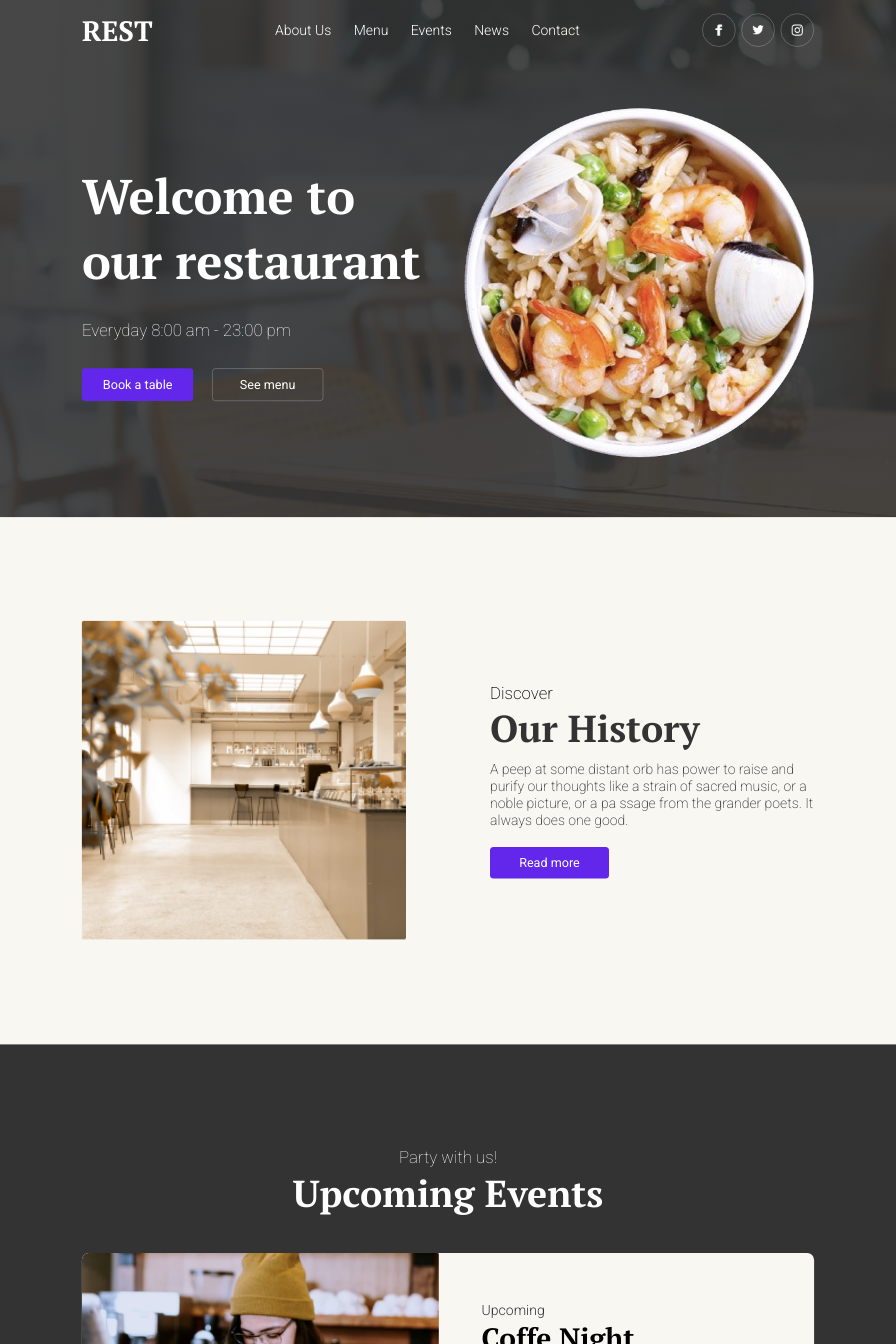
Repository: murilopellis-12/Tailwind-Prova
Page: index.html
The author's editor kept a copy of each file at every save. The page is drawn from the files as they stood at one save, then again after the next save.
The browser window is 1280 px wide. The pictures show the part of the page from y = 0 to 1920 px (the page is 5662 px tall), at 70% of full size.

Above is the page before, as saved 2026-10-29 15:28:27.

### index.html
<!DOCTYPE html>
<html lang="pt-BR">
 <head>
  <meta charset="utf-8"/>
  <meta content="width=device-width, initial-scale=1.0" name="viewport"/>
  <title>
   PROVA FRONT-END
  </title>
  <script src="https://cdn.jsdelivr.net/npm/@tailwindcss/browser@4">
  </script>
  <style type="text/tailwindcss">
   @theme {
  --font-serif: "PT Serif";
  --font-roboto: "Roboto";
}
:root {
  /*Espaçamento*/
  --espaco-pequeno: clamp(
    1.5rem,
    calc(-2.725rem + 11.268vw),
    13.5rem
  ); /* min: 15px, max: 135px */
  --padding-topo: clamp(8rem, calc(5.183rem + 7.512vw), 16rem);

  /*Cores*/
  --cor-primaria: #333;
  --cor-secundaria: #f9f7f2;
  --cor-terciaria: #fff;
  --complementar-roxo: #6327eb;
  --borda-menu: rgba(255, 255, 255, 0.3);
  --paragrafos-claros: rgba(51, 51, 51, 0.5);
  --borda-formulario: #dadada;

}
@layer base {
  html { font-size: 62.5%; line-height: normal; }
  body { font-family: "Times New Roman"; }
}
  </style>
  <link href="https://fonts.googleapis.com" rel="preconnect"/>
  <link crossorigin="" href="https://fonts.gstatic.com" rel="preconnect"/>
  <link href="https://fonts.googleapis.com/css2?family=PT+Serif:wght@400;700&amp;family=Roboto:wght@100..900&amp;display=swap" rel="stylesheet"/>
 </head>
 <body>
  <header class="header-principal [background-image:linear-gradient(rgba(51,51,51,0.9),rgba(51,51,51,0.9)),url(img/imagem-fundo.png)] bg-cover bg-center w-full h-auto p-[1.6rem_var(--espaco-pequeno)_clamp(5rem,_calc(3.592rem_+_3.756vw),_9rem)_var(--espaco-pequeno)] flex flex-col gap-[clamp(4.3rem,_calc(2.645rem_+_4.413vw),_9rem)]">
   <div class="conteudo-header flex justify-between w-full items-center">
    <div>
     <a aria-label="redireciona para o início" class="text-[4rem] font-serif no-underline text-[var(--cor-terciaria)] font-bold list-none" href="#" id="ancora-header">
      REST
     </a>
    </div>
    <div class="menu-hamburguer-div min-[1024px]:hidden">
     <button class="font-roboto text-[var(--cor-terciaria)] font-normal rounded-[50%] w-[4.8rem] h-[4.8rem] [border:1px_solid_var(--borda-menu)] bg-transparent text-[13.3333px]" id="botao-menu-hamburguer">
      <img alt="menu hamburguer do header" class="inline align-baseline max-w-none" src="img/menu-hamburguer.png"/>
     </button>
    </div>
    <nav class="navegacao-header-desktop hidden min-[1024px]:flex">
     <ul class="flex flex-row gap-[3.2rem] justify-evenly">
      <li class="list-none text-[2rem] font-roboto font-light text-[var(--cor-terciaria)] no-underline">
       <a aria-label="abre Sobre" class="list-none text-[2rem] font-roboto font-light text-[var(--cor-terciaria)] no-underline" href="">
        About Us
       </a>
      </li>
      <li class="list-none text-[2rem] font-roboto font-light text-[var(--cor-terciaria)] no-underline">
       <a aria-label="abre Menu" class="list-none text-[2rem] font-roboto font-light text-[var(--cor-terciaria)] no-underline" href="">
        Menu
       </a>
      </li>
      <li class="list-none text-[2rem] font-roboto font-light text-[var(--cor-terciaria)] no-underline">
       <a aria-label="abre Eventos" class="list-none text-[2rem] font-roboto font-light text-[var(--cor-terciaria)] no-underline" href="">
        Events
       </a>
      </li>
      <li class="list-none text-[2rem] font-roboto font-light text-[var(--cor-terciaria)] no-underline">
       <a aria-label="abre Notícias" class="list-none text-[2rem] font-roboto font-light text-[var(--cor-terciaria)] no-underline" href="">
        News
       </a>
      </li>
      <li class="list-none text-[2rem] font-roboto font-light text-[var(--cor-terciaria)] no-underline">
       <a aria-label="abre contatos" class="list-none text-[2rem] font-roboto font-light text-[var(--cor-terciaria)] no-underline" href="">
        Contact
       </a>
      </li>
     </ul>
    </nav>
    <div class="desktop-div-redes-sociais hidden min-[1024px]:flex">
     <nav class="navegacao-redes-sociais-header flex gap-[0.8rem]">
      <a aria-label="abre Facebook" class="circulos-navegacao list-none text-[2rem] font-roboto font-light text-[var(--cor-terciaria)] no-underline w-[4.8rem] h-[4.8rem] rounded-[50%] [border:1px_solid_var(--borda-menu)] flex justify-center items-center" href="">
       <img alt="logo do Facebook" class="inline align-baseline max-w-none" src="img/facebook.png"/>
      </a>
      <a aria-label="abre Twitter" class="circulos-navegacao list-none text-[2rem] font-roboto font-light text-[var(--cor-terciaria)] no-underline w-[4.8rem] h-[4.8rem] rounded-[50%] [border:1px_solid_var(--borda-menu)] flex justify-center items-center" href="">
       <img alt="logo do Twitter" class="logo-twitter-ancora inline align-baseline max-w-none" src="img/twitter.png"/>
      </a>
      <a aria-label="abre Instagram" class="circulos-navegacao list-none text-[2rem] font-roboto font-light text-[var(--cor-terciaria)] no-underline w-[4.8rem] h-[4.8rem] rounded-[50%] [border:1px_solid_var(--borda-menu)] flex justify-center items-center" href="">
       <img alt="logo do Instagram" class="inline align-baseline max-w-none" src="img/instagram.png"/>
      </a>
     </nav>
    </div>
   </div>
   <div class="div-agrupar-conteudo-hero flex flex-col gap-[clamp(3.6rem,_calc(1.982rem_+_4.314vw),_6.4rem)] min-[1024px]:grid min-[1024px]:gap-[4rem] min-[1024px]:grid-cols-2">
    <div class="conteudo-hero h-auto flex flex-col justify-center gap-[4rem] min-[520px]:items-center min-[1024px]:[align-items:start]">
     <h1 class="text-[clamp(_5.6rem,_calc(5.037rem_+_1.502vw),_7.2rem_)] text-[var(--cor-terciaria)] font-bold font-serif min-[520px]:text-center min-[1024px]:text-start min-[1640px]:text-[clamp(_7.2rem,_calc(1.8rem_+_3.75vw),_9rem_)]" id="h1-pagina-principal">
      Welcome to our restaurant
     </h1>
     <p class="font-roboto text-[2.4rem] font-thin text-[var(--cor-terciaria)]" id="horario-funcionamento-hero">
      Everyday 8:00 am - 23:00 pm
     </p>
     <div class="botoes-hero grid grid-cols-2 gap-[clamp(0.6rem,_calc(-0.245rem_+_2.254vw),_3rem)] h-auto w-full max-w-[345px]">
      <button aria-label="abre a reserva de mesa" class="botoes-hero-class font-roboto text-[var(--cor-terciaria)] font-normal rounded-[5px] p-[1.2rem_0] text-[1.8rem] max-w-[170px] border-0 bg-[var(--complementar-roxo)]" id="botao-livro-mesa">
       Book a table
      </button>
      <button aria-label="abre o menu" class="botoes-hero-class font-roboto text-[var(--cor-terciaria)] font-normal rounded-[5px] p-[1.2rem_0] text-[1.8rem] max-w-[170px] [border:1px_solid_var(--borda-menu)] bg-transparent" id="botao-ver-menu">
       See menu
      </button>
     </div>
    </div>
    <div class="div-imagem-hero w-auto h-auto flex justify-center">
     <img alt="imagem de uma sopa" class="inline align-baseline max-w-[570px] w-full h-auto min-[1024px]:max-w-[640px]" id="imagem-sopa-hero" src="img/sopa.png"/>
    </div>
   </div>
  </header>
  <main>
   <section class="secao-nossa-historia p-[clamp(8rem,_calc(5.183rem_+_7.512vw),_16rem)_var(--espaco-pequeno)] bg-[var(--cor-secundaria)]">
    <div class="conteudo-nossa-historia flex flex-col gap-[clamp(_6.3rem,_calc(3.941rem_+_6.291vw),_13rem_)] min-[1024px]:flex-row">
     <div class="div-imagem-nossa-historia min-[1024px]:w-1/2">
      <img alt="imagem de uma cozinha" class="inline align-baseline max-w-none w-full h-auto p-[0_3rem] object-cover min-[1024px]:p-[0]" src="img/nossa-historia-imagem.png"/>
     </div>
     <div class="nossa-historia-texto flex flex-col justify-center min-[1024px]:w-1/2">
      <p class="categorias-site font-roboto text-[2.4rem] font-[250]" id="categoria-descobrir">
       Discover
      </p>
      <h2 class="text-[clamp(_4rem,_calc(3.437rem_+_1.502vw),_5.6rem_)] font-serif font-bold text-[var(--cor-primaria)] m-[0_0_1.2rem_0] min-[1640px]:text-[clamp(_5.6rem,_calc(1.4rem_+_2.917vw),_7rem_)]" id="nossa-historia-h2">
       Our History
      </h2>
      <p class="paragrafos-site font-roboto text-[2rem] text-[var(--cor-primaria)] font-[250] min-[1640px]:text-[2.5rem]">
       A peep at some distant orb has power to raise and purify our
              thoughts like a strain of sacred music, or a noble picture, or a
              pa ssage from the grander poets. It always does one good.
      </p>
      <div class="div-botao-ler-mais w-1/2">
       <button aria-label="abre o Ler Mais" class="font-roboto text-[var(--cor-terciaria)] font-normal rounded-[5px] w-full max-w-[170px] p-[1.2rem_0] border-0 bg-[var(--complementar-roxo)] text-[1.8rem] mt-[clamp(_2.3rem,_calc(2.159rem_+_0.376vw),_2.7rem_)]" id="botao-ler-mais-historia">
        Read more
       </button>
      </div>
     </div>
    </div>
   </section>
   <section class="secao-eventos-futuros bg-[var(--cor-primaria)] p-[var(--padding-topo)_var(--espaco-pequeno)] flex flex-col gap-[clamp(_3.9rem,_calc(3.407rem_+_1.315vw),_5.3rem_)] items-center">
    <div class="titulos-secao-eventos-futuros">
     <p class="font-roboto text-[2.4rem] text-[var(--cor-terciaria)] font-thin text-center" id="paragrafo-titulo-eventos-futuros">
      Party with us!
     </p>
     <h2 class="text-[clamp(_4rem,_calc(3.437rem_+_1.502vw),_5.6rem_)] font-serif font-bold text-[var(--cor-terciaria)] min-[1640px]:text-[clamp(_5.6rem,_calc(1.4rem_+_2.917vw),_7rem_)]" id="h2-titulo-eventos-futuros">
      Upcoming Events
     </h2>
    </div>
    <div class="forma-eventos-futuros w-full h-auto rounded-[10px] bg-[var(--cor-secundaria)] min-[1024px]:grid min-[1024px]:grid-cols-[48.8%_41.2%_10%]">
     <div class="imagem-evento-futuro">
      <img alt="mulher fazendo café em uma máquina" class="inline align-baseline max-w-none w-full h-full object-cover m-0 min-[1024px]:[border-top-left-radius:10px] min-[1024px]:[border-bottom-left-radius:10px]" id="imagem-mulher-fazendo-cafe" src="img/mulher-fazendo-cafe.png"/>
     </div>
     <div class="conteudo-escrito-eventos p-[clamp(3.8rem,_calc(2.568rem_+_3.286vw),_7.3rem)_clamp(3rem,_calc(1.732rem_+_3.38vw),_6.6rem)_clamp(4.8rem,_calc(3.11rem_+_4.507vw),_9.6rem)_clamp(3rem,_calc(1.732rem_+_3.38vw),_6.6rem)] flex flex-col min-[1024px]:p-[2.8rem_4rem_3.5rem_clamp(3rem,_calc(1.732rem_+_3.38vw),_6.6rem)] min-[1024px]:justify-center">
      <p class="categorias-site font-roboto text-[2rem] font-light text-[var(--cor-primaria)]" id="categoria-futuro">
       Upcoming
      </p>
      <h3 id="h3-upcoming-events" class="text-[4rem] font-serif font-bold min-[1640px]:text-[5rem]">
       Coffe Night
      </h3>
      <p id="id-data-upcoming-events" class="font-roboto text-[1.4rem] font-normal text-[var(--paragrafos-claros)] m-[0.6rem_0_1.8rem_0]" id="data-eventos-futuros">
       25 september, 2019
      </p>
      <p class="paragrafos-site font-roboto text-[2rem] text-[var(--cor-primaria)] font-[250] min-[1640px]:text-[2.5rem]">
       Apparently we had reached a great height in the atmosphere, for
              the sky was a dead black, and the stars had ceased to twinkle.
      </p>
      <div class="div-botao-ler-mais w-1/2">
       <button aria-label="redireciona a reserva de mesa" class="font-roboto text-[var(--cor-terciaria)] font-normal rounded-[5px] w-full max-w-[170px] p-[1.2rem_0] border-0 bg-[var(--complementar-roxo)] text-[1.8rem] mt-[clamp(2.3rem,_calc(2.159rem_+_0.376vw),_2.7rem)]" id="botao-reservar-mesa">
        Book a table
       </button>
      </div>
     </div>
     <div class="proxima-pagina hidden justify-center items-center min-[1024px]:flex">
      <button class="font-roboto text-[var(--cor-terciaria)] font-normal rounded-[50%] w-[4.8rem] h-[4.8rem] [border:1px_solid_rgba(51,_51,_51,_0.3)] bg-transparent flex justify-center items-center text-[13.3333px]" id="seta-proxima-pagina">
       <img alt="ícone de flecha que guia para outra página" class="inline align-baseline max-w-none" src="img/flecha-proxima.png"/>
      </button>
     </div>
    </div>
   </section>
   <section class="secao-galeria-fotos bg-[var(--cor-secundaria)] p-[var(--padding-topo)_var(--espaco-pequeno)] flex flex-col gap-[clamp(3.9rem,_calc(3.407rem_+_1.315vw),_5.3rem)] items-center h-auto">
    <div class="titulos-secao-galeria-fotos">
     <p class="font-roboto text-[2.4rem] text-[var(--cor-primaria)] font-thin text-center" id="paragrafo-titulo-galeria">
      Gallery
     </p>
     <h2 class="text-[clamp(_4rem,_calc(3.437rem_+_1.502vw),_5.6rem_)] font-serif font-bold text-[var(--cor-primaria)] min-[1640px]:text-[clamp(_5.6rem,_calc(1.4rem_+_2.917vw),_7rem_)]" id="h2-titulo-galeria">
      Our Interior
     </h2>
    </div>
    <div class="imagens-galeria grid grid-cols-1 gap-[clamp(1.7rem,_calc(1.242rem_+_1.221vw),_3rem)] min-[520px]:grid-cols-2 min-[1200px]:grid-cols-3 min-[1200px]:w-full">
     <img alt="prato com temperos e salmão" class="imagens-da-galeria inline align-baseline max-w-full rounded-[5px] object-cover min-[1200px]:w-full" src="img/galeria/salmao.png"/>
     <img alt="pratos preparados com diversos alimentos" class="imagens-da-galeria inline align-baseline max-w-full rounded-[5px] object-cover min-[1200px]:w-full" src="img/galeria/pratos.png"/>
     <img alt="mesas preparadas com diversas cadeiras" class="imagens-da-galeria inline align-baseline max-w-full rounded-[5px] object-cover min-[1200px]:w-full" src="img/galeria/mesas-cadeiras.png"/>
     <img alt="uma unidade de mesa com lugar para 4 pessoas" class="imagens-da-galeria inline align-baseline max-w-full rounded-[5px] object-cover min-[1200px]:w-full" src="img/galeria/mesa-individual.png"/>
     <img alt="mesas e cadeiras sendo organizados por uma garçom" class="imagens-da-galeria inline align-baseline max-w-full rounded-[5px] object-cover min-[1200px]:w-full" src="img/galeria/mesa-com-garcom.png"/>
     <img alt="mesa com talheres e guardanapos postos e preparados" class="imagens-da-galeria inline align-baseline max-w-full rounded-[5px] object-cover min-[1200px]:w-full" src="img/galeria/mesa-preparada.png"/>
    </div>
   </section>
   <section class="secao-sobre-nos p-[clamp(4rem,_calc(2.877rem_+_3.002vw),_7.2rem)_var(--espaco-pequeno)_clamp(7.3rem,_calc(3.673rem_+_9.671vw),_17.6rem)_var(--espaco-pequeno)] bg-[var(--cor-primaria)] flex flex-col gap-[7rem]">
    <div class="titulos-secao-sobre-nos flex flex-col items-center">
     <p class="categorias-site font-roboto text-[2.4rem] font-[250] text-[var(--cor-terciaria)]" id="paragrafo-titulo-sobre-nos">
      Press
     </p>
     <h2 class="text-[clamp(_4rem,_calc(3.437rem_+_1.502vw),_5.6rem_)] font-serif font-bold text-[var(--cor-terciaria)] min-[1640px]:text-[clamp(_5.6rem,_calc(1.4rem_+_2.917vw),_7rem_)]" id="h2-titulo-sobre-nos">
      About Us
     </h2>
    </div>
    <div class="cartoes-conjunto w-full grid grid-cols-1 h-auto min-[770px]:grid-cols-2 min-[770px]:gap-[3rem] min-[1200px]:grid-cols-3">
     <div class="cartoes-autoras rounded-[5px] p-[clamp(4.9rem,_calc(4.654rem_+_0.657vw),_5.6rem)_clamp(3.5rem,_calc(3.042rem_+_1.221vw),_4.8rem)_5.7rem_clamp(3rem,_calc(2.366rem_+_1.69vw),_4.8rem)] bg-[var(--cor-terciaria)] flex flex-col gap-[3rem] max-w-full min-[1400px]:max-h-[468px]" id="autora-york-times">
      <img alt="logo do The New York Times" class="logo-titulo inline align-baseline max-w-full" src="img/the-new-york-logo.png"/>
      <p class="citacao-autora font-roboto text-[2rem] text-[var(--cor-primaria)] font-light leading-[32px] min-[1640px]:text-[2.5rem]">
       "Apparently we had reached a great height in the atmosphere, for
              the sky was a dead black, and the stars had ceased to twinkle. By
              the same illusion which lifts the horizon of the sea to the
              level."
      </p>
      <p class="nome-autora-rodape font-serif text-[2.4rem] text-[var(--cor-primaria)] font-bold">
       The New York Times
      </p>
     </div>
     <div class="cartoes-autoras rounded-[5px] p-[clamp(4.9rem,_calc(4.654rem_+_0.657vw),_5.6rem)_clamp(3.5rem,_calc(3.042rem_+_1.221vw),_4.8rem)_5.7rem_clamp(3rem,_calc(2.366rem_+_1.69vw),_4.8rem)] bg-[var(--cor-terciaria)] hidden flex-col gap-[3rem] max-w-full min-[770px]:flex min-[1400px]:max-h-[468px]" id="autora-the-guardian">
      <img alt="logo do The Guardian" class="logo-titulo inline align-baseline max-w-full" src="img/the-guardian-logo.png"/>
      <p class="citacao-autora font-roboto text-[2rem] text-[var(--cor-primaria)] font-light leading-[32px] min-[1640px]:text-[2.5rem]">
       "Apparently we had reached a great height in the atmosphere, for
              the sky was a dead black, and the stars had ceased to twinkle. By
              the same illusion which lifts the horizon of the sea to the
              level."
      </p>
      <p class="nome-autora-rodape font-serif text-[2.4rem] text-[var(--cor-primaria)] font-bold">
       The Guardian
      </p>
     </div>
     <div class="cartoes-autoras rounded-[5px] p-[clamp(4.9rem,_calc(4.654rem_+_0.657vw),_5.6rem)_clamp(3.5rem,_calc(3.042rem_+_1.221vw),_4.8rem)_5.7rem_clamp(3rem,_calc(2.366rem_+_1.69vw),_4.8rem)] bg-[var(--cor-terciaria)] hidden flex-col gap-[3rem] max-w-full min-[1200px]:flex min-[1400px]:max-h-[468px]" id="autora-wall-street">
      <img alt="logo do Wall Street Jornal" class="logo-titulo inline align-baseline max-w-full" src="img/wall-street-jornal-logo.png"/>
      <p class="citacao-autora font-roboto text-[2rem] text-[var(--cor-primaria)] font-light leading-[32px] min-[1640px]:text-[2.5rem]">
       "Apparently we had reached a great height in the atmosphere, for
              the sky was a dead black, and the stars had ceased to twinkle. By
              the same illusion which lifts the horizon of the sea to the
              level."
      </p>
      <p class="nome-autora-rodape font-serif text-[2.4rem] text-[var(--cor-primaria)] font-bold">
       The Wall Street Jornal
      </p>
     </div>
    </div>
   </section>
   <section class="secao-reservar-mesa p-[var(--padding-topo)_var(--espaco-pequeno)] bg-[var(--cor-terciaria)] flex flex-col gap-[clamp(_6.2rem,_calc(5.038rem_+_3.099vw),_9.5rem_)] min-[1024px]:grid min-[1024px]:grid-cols-[0.95fr_1.1fr]">
    <div class="area-reserva-mesa flex flex-col justify-center">
     <div>
      <p class="categorias-site font-roboto text-[2.4rem] font-[250]" id="paragrafo-titulo-reserva">
       Reserve
      </p>
      <h2 class="text-[clamp(_4rem,_calc(3.437rem_+_1.502vw),_5.6rem_)] font-serif font-bold text-[var(--cor-primaria)] min-[1640px]:text-[clamp(_5.6rem,_calc(1.4rem_+_2.917vw),_7rem_)]" id="h2-titulo-reserva-mesa">
       A Table
      </h2>
     </div>
     <form action="#" class="formulario-reserva-mesa flex flex-col">
      <div class="campos-preencher-formulario-reserva flex flex-col gap-[1.4rem] mt-[4.1rem]" id="formulario-campo-data">
       <label class="text-[1.2rem] text-[var(--cor-primaria)] font-bold font-roboto" for="data">
        DATE
       </label>
       <input class="text-[2rem] p-[0.8rem_1.6rem] [border:1px_solid_var(--borda-formulario)] rounded-[5px] text-[var(--paragrafos-claros)] leading-[32px] font-extralight font-roboto bg-white placeholder:text-[#757575] placeholder:opacity-100" id="data" name="data" placeholder="9/26/2019" type="text"/>
      </div>
      <div class="campos-preencher-formulario-reserva flex flex-col gap-[1.4rem] mt-[3.6rem]" id="formulario-campo-tempo">
       <label class="text-[1.2rem] text-[var(--cor-primaria)] font-bold font-roboto" for="hora">
        TIME
       </label>
       <input class="text-[2rem] p-[0.8rem_1.6rem] [border:1px_solid_var(--borda-formulario)] rounded-[5px] text-[var(--paragrafos-claros)] leading-[32px] font-extralight font-roboto bg-white placeholder:text-[#757575] placeholder:opacity-100" id="hora" name="hora" placeholder="7:00 pm" type="text"/>
      </div>
      <div class="campos-preencher-formulario-reserva flex flex-col gap-[1.4rem] mt-[3.6rem]" id="formulario-campo-visitantes">
       <label class="text-[1.2rem] text-[var(--cor-primaria)] font-bold font-roboto" for="numero-pessoas">
        GUESTS
       </label>
       <input class="text-[2rem] p-[0.8rem_1.6rem] [border:1px_solid_var(--borda-formulario)] rounded-[5px] text-[var(--paragrafos-claros)] leading-[32px] font-extralight font-roboto bg-white placeholder:text-[#757575] placeholder:opacity-100" id="numero-pessoas" name="numero-pessoas" placeholder="2 people" type="number"/>
      </div>
      <div class="mt-[3.2rem] w-[17rem]" id="formulario-campo-envio">
       <button aria-label="redireciona para reserva de mesa" class="font-roboto text-[var(--cor-terciaria)] font-normal rounded-[5px] w-full p-[1.3rem_0] border-0 bg-[var(--complementar-roxo)] text-[1.8rem]" id="botao-envio-reserva" type="submit">
        Find a table
       </button>
      </div>
     </form>
    </div>
    <div class="div-imagem-secao-reserva flex items-center">
     <img alt="mesa organizada" class="inline align-baseline max-w-none w-full" src="img/mesa-organizada.png"/>
    </div>
   </section>
  </main>
  <footer class="footer-principal p-[var(--padding-topo)_var(--espaco-pequeno)] bg-[var(--cor-primaria)] flex flex-col items-center">
   <div>
    <h3 class="text-[4rem] font-serif font-bold text-[var(--cor-terciaria)] text-center min-[1640px]:text-[5rem]" id="h3-rodape-pagina">
     REST
    </h3>
   </div>
   <nav class="navegacao-rodape mb-[clamp(_3.9rem,_calc(2.21rem_+_4.507vw),_8.7rem_)] mt-[3.2rem]">
    <ul class="flex flex-col items-center gap-[3.2rem] min-[1024px]:flex-row">
     <li class="list-none text-[2rem] text-[var(--cor-terciaria)] font-light font-roboto">
      About Us
     </li>
     <li class="list-none text-[2rem] text-[var(--cor-terciaria)] font-light font-roboto">
      Menu
     </li>
     <li class="list-none text-[2rem] text-[var(--cor-terciaria)] font-light font-roboto">
      Events
     </li>
     <li class="list-none text-[2rem] text-[var(--cor-terciaria)] font-light font-roboto">
      News
     </li>
     <li class="list-none text-[2rem] text-[var(--cor-terciaria)] font-light font-roboto">
      Contact
     </li>
    </ul>
   </nav>
   <nav class="redes-sociais-rodape-botoes flex mb-[2.5rem] gap-[0.8rem]">
    <a aria-label="abre Facebook" class="circulos-navegacao list-none text-[2rem] font-roboto font-light text-[var(--cor-terciaria)] no-underline w-[4.8rem] h-[4.8rem] rounded-[50%] [border:1px_solid_var(--borda-menu)] flex justify-center items-center" href="">
     <img alt="logo do Facebook" class="inline align-baseline max-w-none" src="img/facebook.png"/>
    </a>
    <a aria-label="abre Twitter" class="circulos-navegacao list-none text-[2rem] font-roboto font-light text-[var(--cor-terciaria)] no-underline w-[4.8rem] h-[4.8rem] rounded-[50%] [border:1px_solid_var(--borda-menu)] flex justify-center items-center" href="">
     <img alt="logo do Twitter" class="logo-twitter-ancora inline align-baseline max-w-none" src="img/twitter.png"/>
    </a>
    <a aria-label="abre Instagram" class="circulos-navegacao list-none text-[2rem] font-roboto font-light text-[var(--cor-terciaria)] no-underline w-[4.8rem] h-[4.8rem] rounded-[50%] [border:1px_solid_var(--borda-menu)] flex justify-center items-center" href="">
     <img alt="logo do Instagram" class="inline align-baseline max-w-none" src="img/instagram.png"/>
    </a>
   </nav>
   <div class="direitos-reservados-rodape">
    <p class="font-roboto text-[2rem] text-[rgba(255,_255,_255,_0.5)] font-light" id="paragrafo-direitos-reservados">
     2019 Restaurant. All Rights Reserved.
    </p>
   </div>
  </footer>

  <script src="app.js"></script>
 </body>
</html>

Loaded but not shown: app.js (42 lines, source omitted)

After the next save:
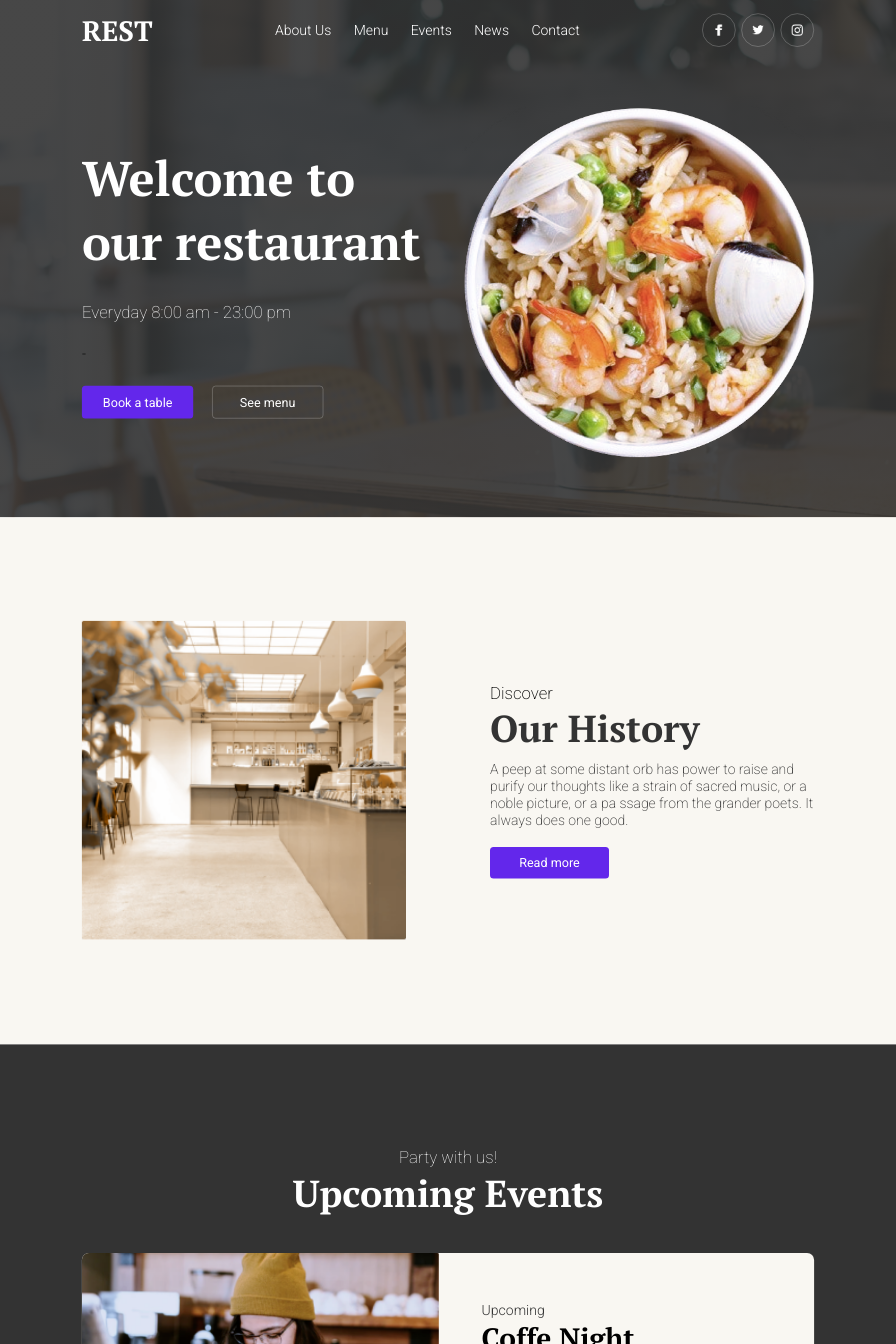
Saved 2 min 52 s later.
--- a/index.html
+++ b/index.html
@@ -104,7 +104,7 @@
      </h1>
      <p class="font-roboto text-[2.4rem] font-thin text-[var(--cor-terciaria)]" id="horario-funcionamento-hero">
       Everyday 8:00 am - 23:00 pm
-     </p>
+     </p>=
      <div class="botoes-hero grid grid-cols-2 gap-[clamp(0.6rem,_calc(-0.245rem_+_2.254vw),_3rem)] h-auto w-full max-w-[345px]">
       <button aria-label="abre a reserva de mesa" class="botoes-hero-class font-roboto text-[var(--cor-terciaria)] font-normal rounded-[5px] p-[1.2rem_0] text-[1.8rem] max-w-[170px] border-0 bg-[var(--complementar-roxo)]" id="botao-livro-mesa">
        Book a table
